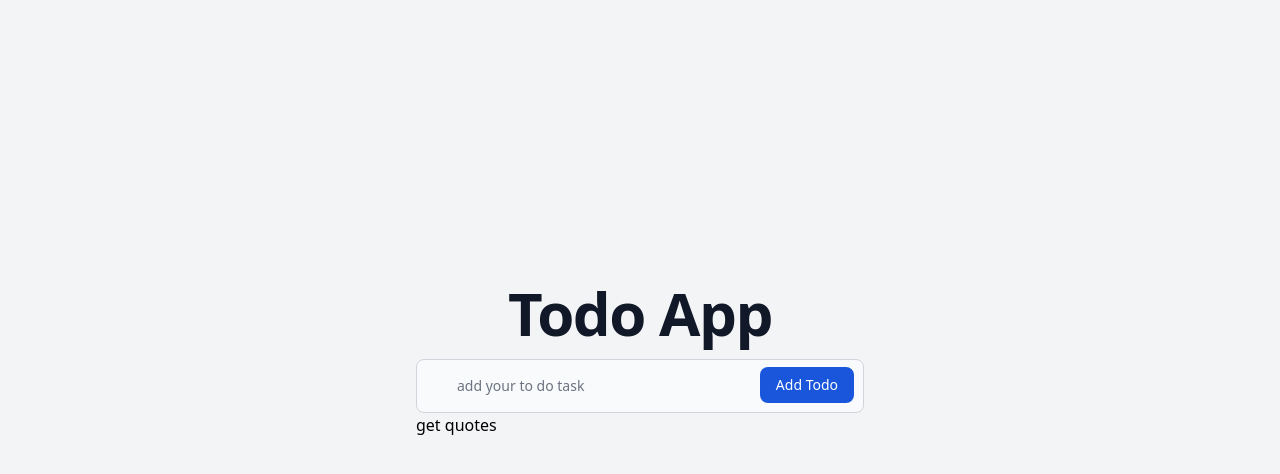
Repository: sodmaq/Todo-App
Page: /quote
These files come from the project's save history. The page is drawn as it stood at one moment and after the next save; the edit follows.
The browser window is 1280 px wide. The pictures show the whole page.
The project was rebuilt for these pictures with package versions that can differ from the ones it lists, and the page was loaded fresh each time. Also part of the build but not shown: vite.config.js, src/components/TodoItem.jsx.

Above is the page before, as saved 2024-09-04 11:16:01.

After the next save:
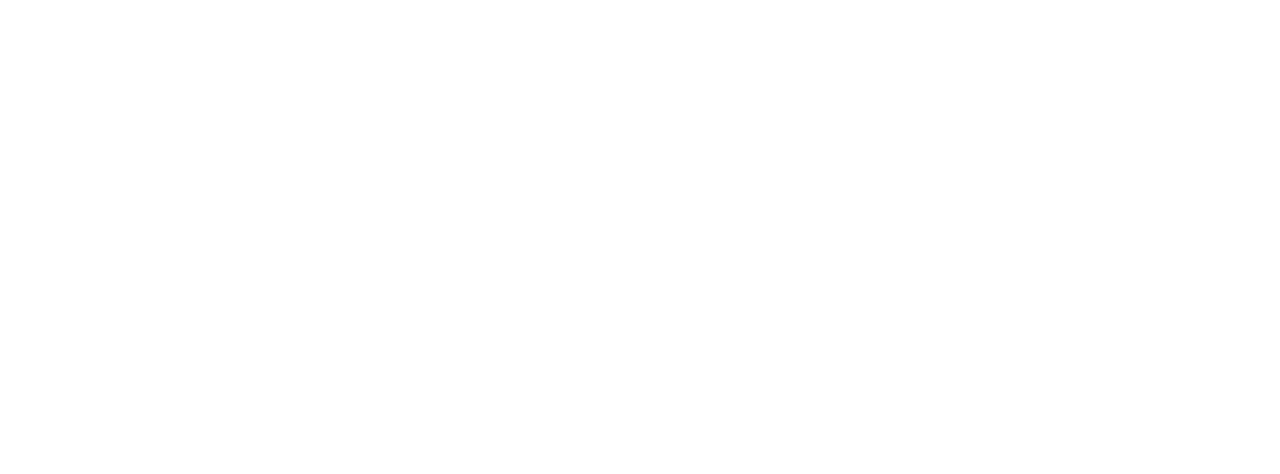
Console error: ReferenceError: Quote is not defined
Saved 71 s later.
--- a/src/App.jsx
+++ b/src/App.jsx
@@ -42,6 +42,8 @@
           editTodo={editTodo}
         />
       </div>
+
+      <Quote />
     </main>
   );
 }

After the save that followed:
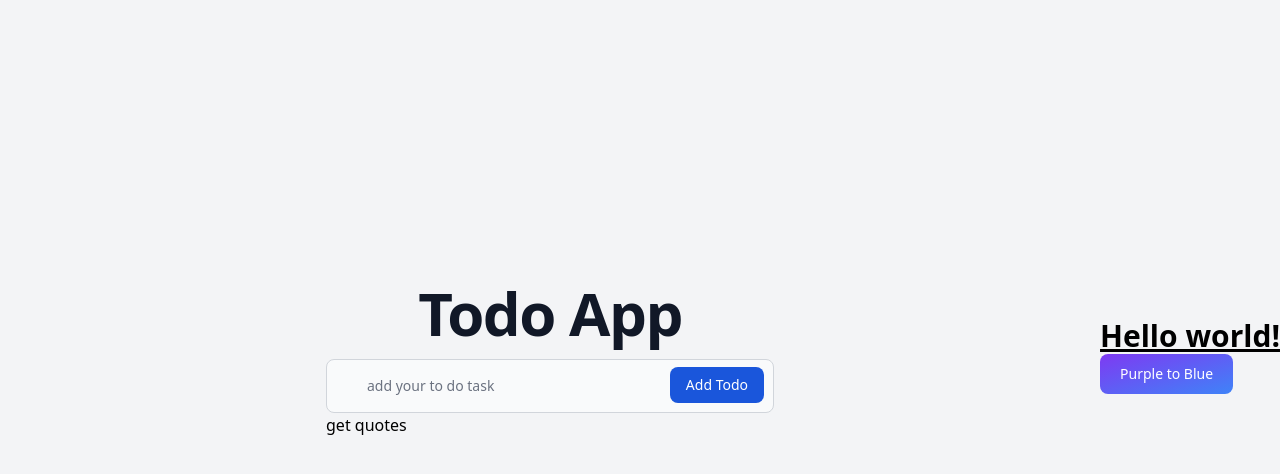
The error is gone.
Saved 8 s later.
--- a/src/App.jsx
+++ b/src/App.jsx
@@ -3,6 +3,7 @@
 import TodoInput from "./components/TodoInput";
 import TodoList from "./components/TodoList";
 import { v4 as uuidv4 } from "uuid"; // For generating unique IDs
+import Quote from "./components/Quote";
 
 function App() {
   const [todos, setTodos] = useState([]);
